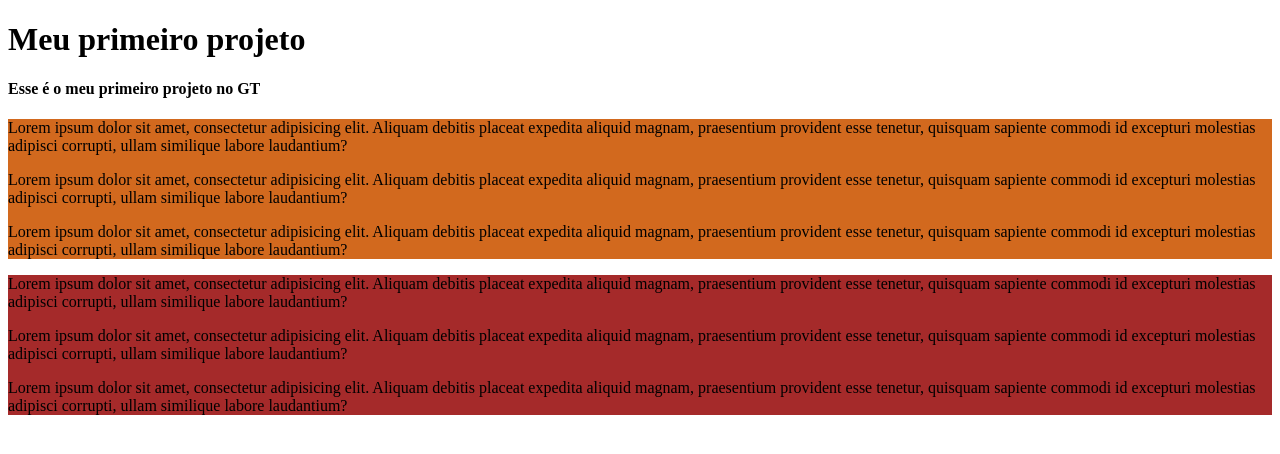
Repository: geracao-11/aula01
Page: index.html
An editor plug-in stored every save of this project. The page is shown before and after the next save, followed by the edit.
The browser window is 1280 px wide. The pictures show the whole page.

Above is the page before, as saved 2025-04-02 11:59:27.

After the next save:
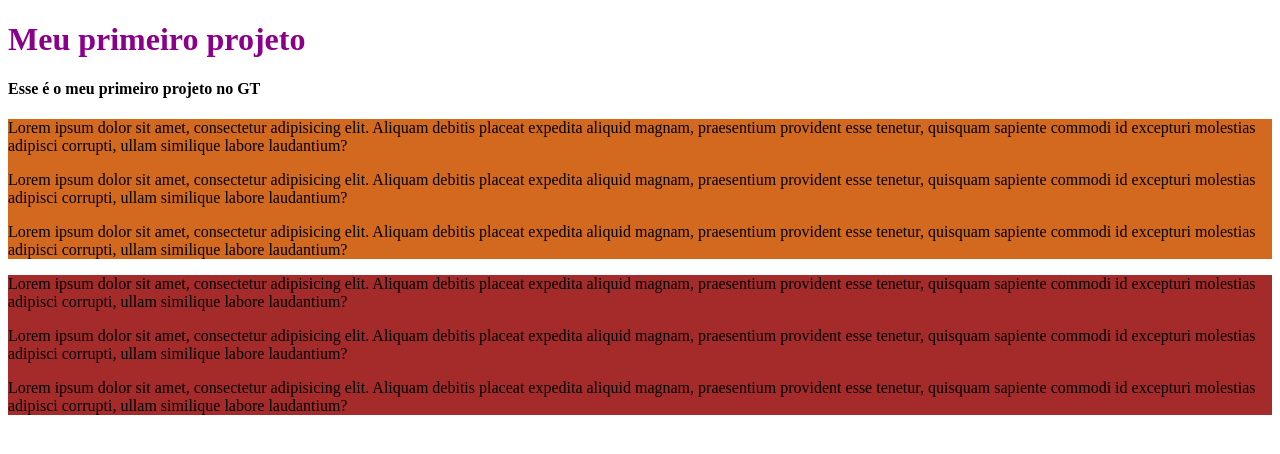
Saved 15 s later.
--- a/index.css
+++ b/index.css
@@ -1,3 +1,3 @@
 h1 {
-    color: ;
+    color: darkmagenta;
 }
